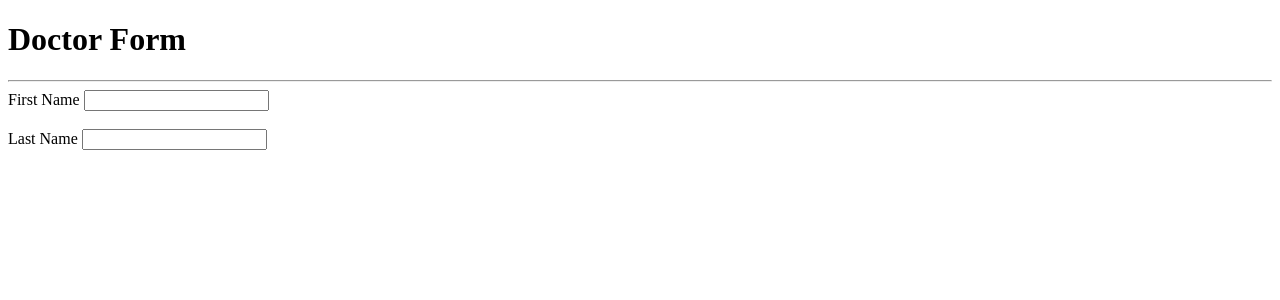
Repository: aayush105/Advance-Java
Page: http://localhost/Doctorpatient/Doctor.jsp
An editor plug-in stored every save of this project. The page is shown before and after the next save, followed by the edit.
The browser window is 1280 px wide. The pictures show the whole page.
The page is served by Tomcat 10.

Above is the page before, as saved 2023-07-20 10:38:30.

After the next save:
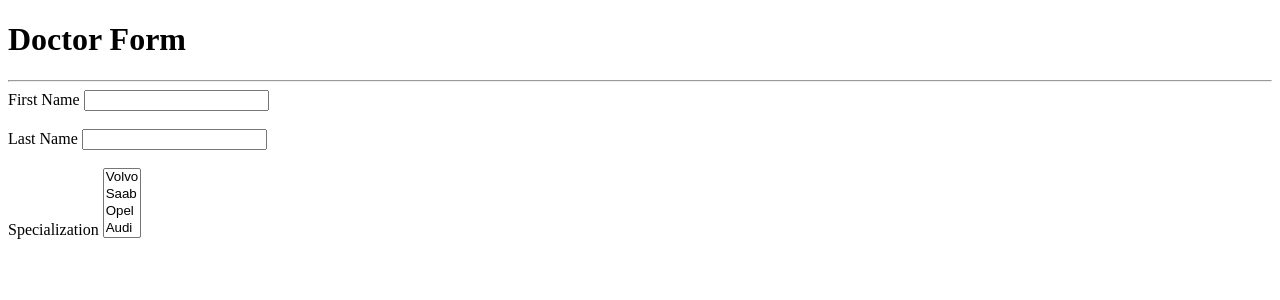
Saved 106 s later.
--- a/Doctorpatient/src/main/webapp/Doctor.jsp
+++ b/Doctorpatient/src/main/webapp/Doctor.jsp
@@ -13,6 +13,12 @@
 
 First Name <input type ="text" name ="fname"><br><br>
 Last Name <input type ="text" name ="lname"><br><br>
+Specialization <select name="cars" id="cars" multiple>
+  <option value="volvo">Volvo</option>
+  <option value="saab">Saab</option>
+  <option value="opel">Opel</option>
+  <option value="audi">Audi</option>
+</select>
 
 </form>
 </body>
